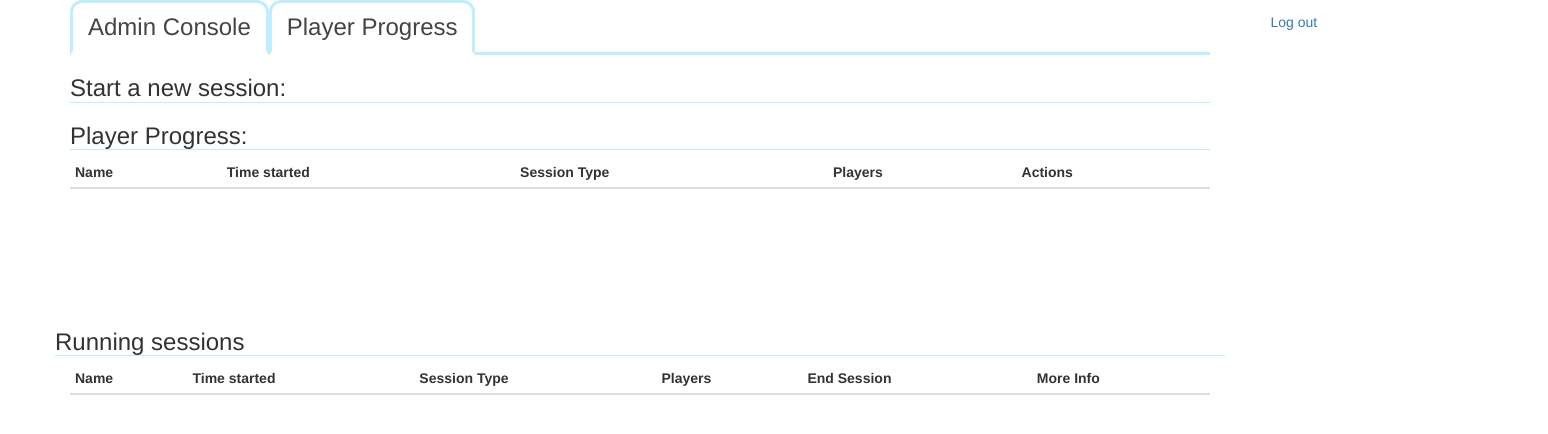
Repository: zmikaya/behavecon
Page: templates/group/controls/player_states.html
The author's editor kept a record of every edit. The page is drawn from the files as they stood at one moment, then again after the next edit.
The browser window is 1280 px wide. The page is 1548 px wide, so the pictures cover 1548 px, including what lies to the right of the window. The pictures show the whole page.
Some web libraries are served in a nearby version. The template is drawn by Django 2.2. The application's start-up code is not run. Other server files are loaded and not shown. The template is opened directly, without the code that normally fills it, so the values that code supplies are empty.

Above is the page before.

### templates/group/controls/player_states.html
{% load staticfiles %}


<!DOCTYPE html>

<html lang="en">
    <head>
        <meta charset="utf-8">
        <title>Player Progress</title>
        <meta name="viewport" content="width=device-width, initial-scale=1.0">
        <meta name="description" content="Consoles : frelacer : PythonAnywhere">
        <meta name="author" content="PythonAnywhere LLP">
        <meta name="google-site-verification" content="O4UxDrfcHjC44jybs2vajc1GgRkTKCTRgVzeV6I9V14" />


        <!-- Le styles -->
        <!--<link rel="stylesheet" href="/static/CACHE/css/36ebb8460e52.css" type="text/css" media="screen" />-->
        <!--<link rel="stylesheet" href="/static/CACHE/css/62de1ff2de54.css" type="text/css" media="screen" />-->
        <link href="{% static "css/bootstrap.min.css" %}" rel="stylesheet">
        <link href="{% static "css/profile.css" %}" rel="stylesheet">
        <script type="text/javascript" src="{% static "js/jquery.js" %}"></script>
        <script type="text/javascript" src="{% static "js/bootstrap.min.js" %}"></script>
        <link rel="stylesheet" href="https://maxcdn.bootstrapcdn.com/font-awesome/4.3.0/css/font-awesome.min.css">
        <!--<link rel="stylesheet" href="/static/CACHE/css/cc78b2686e6e.css" type="text/css" />-->

    </head>

     <body>

    <div class="container" ng-app="myApp">
        <div class="tabs_container">
            <ul class="dashboard_tabs">
                <li class="dashboard_tab selected"><a id="id_consoles_link" href="/profile">Admin Console</a></li>
                <li class="dashboard_tab selected"><a id="id_consoles_link" href="#">Player Progress</a></li>
                <!--<li class="dashboard_tab"><a id="id_files_link" href="/user/frelacer/files/home/frelacer">Data</a></li>-->
            </ul>
    </div>

    <div class="row">
        <div id="logout" class="col-lg-3 col-lg-push-8">
            <a href="/logout" id="id_logout_link">Log out</a>
        </div>
    </div>

    <div class="tabs_underline"></div>


          <div id="id_my_consoles_div">

            <h3>Start a new session:</h3>

            <!--<div id="id_new_console_launchers">-->



            <!--    <div class="row">-->
            <!--        <div class="col-lg-3">-->
            <!--            <label for="inputName" class="sr-only">Session name</label>-->
            <!--            <p>Session Name:</p>-->
            <!--            <input name="session" type="text" id="inputName" class="form-control" placeholder="Session Name" required autofocus>-->
            <!--        </div>-->
            <!--        <div class="col-lg-2">-->
            <!--            <div class="container">-->
            <!--              <p>Number of Players:</p>-->
            <!--              <div class="input-group spinner">-->
            <!--                <input id="spinner" type="text" class="form-control" value="0">-->
            <!--                <div class="input-group-btn-vertical">-->
            <!--                  <button class="btn btn-default" type="button"><i class="fa fa-caret-up"></i></button>-->
            <!--                  <button class="btn btn-default" type="button"><i class="fa fa-caret-down"></i></button>-->
            <!--                </div>-->
            <!--              </div>-->
            <!--            </div>-->
            <!--        </div>-->
            <!--        <div class="col-lg-2">-->
            <!--            <p>Session Type:</p>-->
            <!--            <div class="dropdown">-->
            <!--              <button id="sessionType" class="btn btn-primary dropdown-toggle" type="button" data-toggle="dropdown">Session Type-->
            <!--              <span class="caret"></span></button>-->
            <!--              <ul class="dropdown-menu">-->
            <!--                <li><a class="dropdown-item" href="#">Category 3Dams</a></li>-->
            <!--                <li><a class="dropdown-item" href="#">Free 3Dams</a></li>-->
            <!--                <li><a class="dropdown-item" href="#">Priming 3Dams</a></li>-->
            <!--              </ul>-->
            <!--            </div>-->
            <!--        </div>-->
            <!--        <div class="col-lg-2">-->
            <!--            <p>Create the Session</p>-->
            <!--             <button id="createSession" onclick="createSession()" class="btn btn-primary dropdown-toggle disabled">Create Session</span></button>-->
            <!--        </div>-->
            <!--    </div>-->

            <!--    <div class="clear"></div>-->
            <!--</div>-->

            <h3 id="id_my_consoles_header">Player Progress:</h3>

            <table id="id_running_processes" class="table table-striped table-hover table-condensed" ng-show="!ajax_error && fetched_yet" ng-cloak>
                  <thead>
                      <tr>
                          <th>Name</th>
                          <th>Time started</th>
                          <th>Session Type</th>
                          <th>Players</th>
                          <th>Actions

                              <!--<button id="id_refresh_process_list" ng-click="refresh()">-->
                              <!--    <i class="icon-refresh"></i>-->
                              <!--</button>-->
                          </th>
                      </tr>
                  </thead>

                  <tbody id="dead_session_list">
                      {% if dead_sessions %}
                          {% for session in dead_sessions %}
                              <tr class="hoverable">
                              {% for element in session %}
                                  <td>{{ element }}</td>
                              {% endfor %}
                                  <td>
                                      <!--<a class="btn btn-danger" href="/kill_session">End</a>-->
                                      <button id={{session.0}} class="button btn-primary"><a class="data" href="/data/{{session.0}}">Data</a></button>
                                  </td>
                              </tr>
                          {% endfor %}
                      {% endif %}


                      <!--<tr ng-show="!processes.length" id="id_nothing_running">-->
                      <!--    <td colspan="4">-->
                      <!--        <i>Nothing running (hit the small refresh icon above-->
                      <!--        and to the right of this list to update it)</i>-->
                      <!--    </td>-->
                      <!--</tr>-->
                  </tbody>

              </table>

            <!--<table id="id_console_list_table" class="hoverable console_table">-->

            <!--    <tr>-->
            <!--        <td><i>You have no sessions. Click a link above to start one.</i>-->
            <!--            <div class="well exposition">-->
            <!--              <p>-->
            <!--                Start a <b>session</b> using the form above.-->
            <!--            </div>-->

            <!--        </td>-->
            <!--    </tr>-->

            <!--</table>-->

          </div>

          <div ng-controller="ngProcessManagerController">

              <div class="row">
                  <div class="span7">
                      <h3>Running sessions</h3>
                  </div>
              </div>

              <!--<div ng-show="!fetched_yet">-->
              <!--    <button ng-click="refresh()">-->
              <!--        <i id="id_fetch_process_list" class="icon-refresh"></i>-->
              <!--        Fetch process list-->
              <!--    </button>-->
              <!--</div>-->

              <!--<div class="alert alert-warn" ng-show="ajax_error" ng-cloak>-->
              <!--    Error fetching list of running processes.-->
              <!--</div>-->

              <table id="id_running_processes" class="table table-striped table-hover table-condensed" ng-show="!ajax_error && fetched_yet" ng-cloak>
                  <thead>
                      <tr>
                          <th>Name</th>
                          <th>Time started</th>
                          <th>Session Type</th>
                          <th>Players</th>
                          <th>End Session</th>
                          <th>More Info</th>

                              <!--<button id="id_refresh_process_list" ng-click="refresh()">-->
                              <!--    <i class="icon-refresh"></i>-->
                              <!--</button>-->

                      </tr>
                  </thead>

                  <tbody id="session_list">
                      {% if live_sessions %}
                          {% for session in live_sessions %}
                              <tr class="hoverable">
                              {% for element in session %}
                                  <td>{{ element }}</td>
                              {% endfor %}
                                  <td>
                                      <!--<a class="btn btn-danger" href="/kill_session">End</a>-->
                                      <button id={{session.0}} class="button btn-danger"><a href="/profile">End</a></button>
                                  </td>
                                  <td>
                                      <!--<a class="btn btn-danger" href="/kill_session">End</a>-->
                                      <button id={{session.0}} class="button btn-info"><a href="/player_state/{{session.0}}">Info</a></button>
                                  </td>
                              </tr>
                          {% endfor %}
                      {% endif %}


                      <!--<tr ng-show="!processes.length" id="id_nothing_running">-->
                      <!--    <td colspan="4">-->
                      <!--        <i>Nothing running (hit the small refresh icon above-->
                      <!--        and to the right of this list to update it)</i>-->
                      <!--    </td>-->
                      <!--</tr>-->
                  </tbody>

              </table>

            </div>
        </div>





            <div id="id_feedback_dialog" title="Help us improve" style="display:none">
        <div id="id_feedback_dialog_blurb_big" class="dialog_blurb_big">
            It's always a pleasure to hear from you!
        </div>
        <div id="id_feedback_dialog_blurb_small">
            Ask us a question, or tell us what you love or hate about PythonAnywhere.<br/>
            We'll get back to you over email ASAP.
        </div>
        <textarea id="id_feedback_dialog_text" rows="6"></textarea>
        <input id="id_feedback_dialog_email_address" type="text" placeholder="Email address (optional - only necessary if you would like us to contact you)"/>

        <div id="id_feedback_dialog_error" class="pa_hidden">
            Sorry, there was an error connecting to the server. <br/>Please try again in a few moments...
        </div>
        <div class="dialog_buttons">
            <!--<img id="id_feedback_dialog_spinner" src="/static/anywhere/images/spinner-small.gif" />-->
            <button class="btn btn-primary" id="id_feedback_dialog_ok_button">OK</button>
            <button class="btn" id="id_feedback_dialog_cancel_button">Cancel</button>
        </div>
    </div>

    </body>
    <script type="text/javascript" src="{% static "js/profile.js" %}"></script>
    <!--<script type="text/javascript" src='{% static 'bootstrap-validator/dist/validator.min.js' %}'></script>-->
</html>

### static/css/profile.css
#id_new_console_launchers td {
    padding-left: 10px;
}

#id_consoles_shared_with_me_div h2, h3 {
    margin-bottom: 7px;
    border-bottom: 1px solid #C1EDFF;
}

#id_consoles_shared_with_me_div table {
    margin-top: 1ex;
}

.console_table {
    margin-bottom: 30px;
}

.console_table td {
    vertical-align: top;
}

.console_kill_link {
    font-style: italic;

}

.console_table i.icon-edit {
    opacity: 0.5;
}

.console_table .info_tooltip {
    color: black;
}
.console_table .info_tooltip:hover {
    text-decoration: none;
}

#id_cpu_usage_information {
    font-size: small;
    float: right;
    text-align: right;
}

#id_refresh_process_list {
    float: right;
}

div.tabs_underline {
    border-top: 3px solid #C1EDFF;
    clear: both;
    margin-bottom: 10px;
}

ul.dashboard_tabs {
    list-style: none;
    padding: 0;
    margin: 0;
}

.dashboard_tab {
    font-size: 24px;
    padding: 7px 15px 7px 15px;
    float: left;
    margin-bottom: -3px;
    margin-top: 3px;
}

.dashboard_tab.selected {
    border-top-left-radius: 12px;
    -moz-border-top-left-radius: 12px;
    border-top-right-radius: 12px;
    -moz-border-top-right-radius: 12px;
    border-left: 3px solid #C1EDFF;
    border-right: 3px solid #C1EDFF;
    border-top: 3px solid #C1EDFF;
    border-bottom: 4px solid #FFFFFF;
    margin-top: 0px;
}

.dashboard_tab.selected a {
    color: #444444;
    text-decoration: none;
}

.tabs_container .alert {
    width: 390px;
    float: right;
    margin-top: 5px;
    padding: 2px;
    padding-left: 5px;
    padding-right: 5px;
    margin-bottom: 0px;
    margin-left: auto;
 }

.tabs_container .alert:hover {
    text-decoration: underline;
 }


#inputName {
    width: 100%;
}

#logout {
    margin-top: 12px;
}

input {
    border-color: #a94442;
}

/*counter spinner*/

.spinner {
  width: 100px;
}
.spinner input {
  text-align: right;
}
.input-group-btn-vertical {
  position: relative;
  white-space: nowrap;
  width: 1%;
  vertical-align: middle;
  display: table-cell;
}
.input-group-btn-vertical > .btn {
  display: block;
  float: none;
  width: 100%;
  max-width: 100%;
  padding: 8px;
  margin-left: -1px;
  position: relative;
  border-radius: 0;
}
.input-group-btn-vertical > .btn:first-child {
  border-top-right-radius: 4px;
}
.input-group-btn-vertical > .btn:last-child {
  margin-top: -2px;
  border-bottom-right-radius: 4px;
}
.input-group-btn-vertical i{
  position: absolute;
  top: 0;
  left: 4px;
}

/*end*/

tbody {
    height: 100px;
    overflow-x: hidden;
    overflow-y: scroll;
}

button a {
    color: white;
    text-decoration: none;
}

### static/js/profile.js
// counter spinner does not allow negatve integers
(function ($) {
  $('.spinner .btn:first-of-type').on('click', function() {
    $('.spinner input').val( parseInt($('.spinner input').val(), 10) + 1);
  });
  $('.spinner .btn:last-of-type').on('click', function() {
      if (parseInt($('.spinner input').val(), 10) > 0) {
        $('.spinner input').val( parseInt($('.spinner input').val(), 10) - 1);
      }
  });
})(jQuery);

// make session type button responsive
$(".dropdown-item").click(
  function(){
    $("#sessionType").text(this.innerHTML)
    $("#sessionType").append('<span class="caret"></span>')
  })


// enable "create session" button only after all requirements are met
function ensureRequirements(){
  var flag1 = false;
  var flag2 = false;
  var flag3 = false;
  // check "session name"
   ($("#inputName")).change(
    function(){
      if ($("#inputName").val().length > 0){
        flag1 = true;
      }
      else {
        flag1 = false;
      }
      changeButtonCSS([flag1, flag2, flag3])
    })
  // check group size
  $('.spinner').change(
    function(){
      if ($.isNumeric($('.spinner input').val()) && parseInt($('.spinner input').val(), 10) > 0){
        flag2 = true;
      }
      else {
        flag2 = false;
      }
      changeButtonCSS([flag1, flag2, flag3])
    })
  $('.spinner .btn').on('click',
    function(){
      if ($.isNumeric($('.spinner input').val()) && parseInt($('.spinner input').val(), 10) > 0){
        flag2 = true;
      }
      else {
        flag2 = false;
      }
      changeButtonCSS([flag1, flag2, flag3])
    })
  // check session type
  $(".dropdown-menu").on('click',
    function(){
      if ($("sessionType").text().trim() != "Session Type"){
        flag3 = true;
      }
      else {
        flag3 = false;
      }
      changeButtonCSS([flag1, flag2, flag3])
    })

}

function changeButtonCSS(flags){
  for (var i=0; i<flags.length; i++){
    if (flags[i] == false){
      if (!$("#createSession").hasClass("disabled")){
        $("#createSession").addClass("disabled")
      }
      break
    }
    if (i==2 && $("#createSession").hasClass("disabled")){
      $("#createSession").removeClass("disabled")
    }
  }
}

ensureRequirements()

// end

function getCookie(name) {
    var cookieValue = null;
    if (document.cookie && document.cookie != '') {
        var cookies = document.cookie.split(';');
        for (var i = 0; i < cookies.length; i++) {
            var cookie = jQuery.trim(cookies[i]);
            // Does this cookie string begin with the name we want?
            if (cookie.substring(0, name.length + 1) == (name + '=')) {
                cookieValue = decodeURIComponent(cookie.substring(name.length + 1));
                break;
            }
        }
    }
    return cookieValue;
}

// create a session
function createSession(){
    var csrftoken = getCookie('csrftoken');
    var stype = getSType($("#sessionType").text())
    $.ajax({
      type: "POST",
      url: "/create_session",
      data: {
          'csrfmiddlewaretoken': csrftoken,
          'sessionName': $("#inputName").val(),
          'players': $("#spinner").val(),
          'sessionType': stype
        },
        success: updateSessions,
        dataType: 'html'
    });
};

function getSType(name){
  var stype = 0;
  if (name == "Category 3Dams"){
    stype = 0;
  }
  else if (name == "Free 3Dams"){
    stype = 1;
  }
  else {
    stype = 2;
  }
  return stype
}

// handles the returned html/data from Django
// clears existing body, then replaces it with returned html
function updateSessions(data, textStatus, jqXHR){
    var data = $.parseHTML(data);
    // $("tr.hoverable").empty()
    for (var i=0; i<data.length; i++){
      $("#session_list").append(data[i])
    }
}
// end

// end a session
$(".btn-danger").click(function() {
    endSession($(this).attr("id"))
})

function endSession(session){
    var csrftoken = getCookie('csrftoken');
    $.ajax({
      type: "POST",
      url: "/end_session",
      data: {
          'csrfmiddlewaretoken': csrftoken,
          'sessionName': session,
        },
        success: endSessions,
        dataType: 'html'
    });
};

function endSessions(data, textStatus, jqXHR){
}

Loaded but not shown: static/css/bootstrap.min.css (library); static/js/jquery.js (library); static/js/bootstrap.min.js (library)

After the next edit:
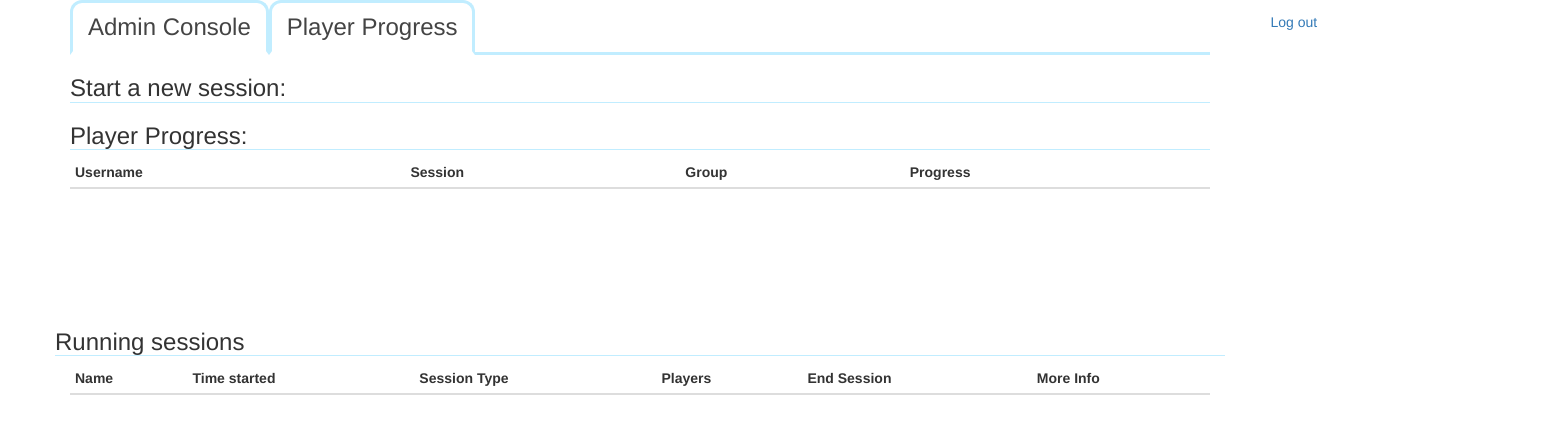
The edit:
--- a/templates/group/controls/player_states.html
+++ b/templates/group/controls/player_states.html
@@ -97,16 +97,10 @@
             <table id="id_running_processes" class="table table-striped table-hover table-condensed" ng-show="!ajax_error && fetched_yet" ng-cloak>
                   <thead>
                       <tr>
-                          <th>Name</th>
-                          <th>Time started</th>
-                          <th>Session Type</th>
-                          <th>Players</th>
-                          <th>Actions
-
-                              <!--<button id="id_refresh_process_list" ng-click="refresh()">-->
-                              <!--    <i class="icon-refresh"></i>-->
-                              <!--</button>-->
-                          </th>
+                          <th>Username</th>
+                          <th>Session</th>
+                          <th>Group</th>
+                          <th>Progress</th>
                       </tr>
                   </thead>
 
